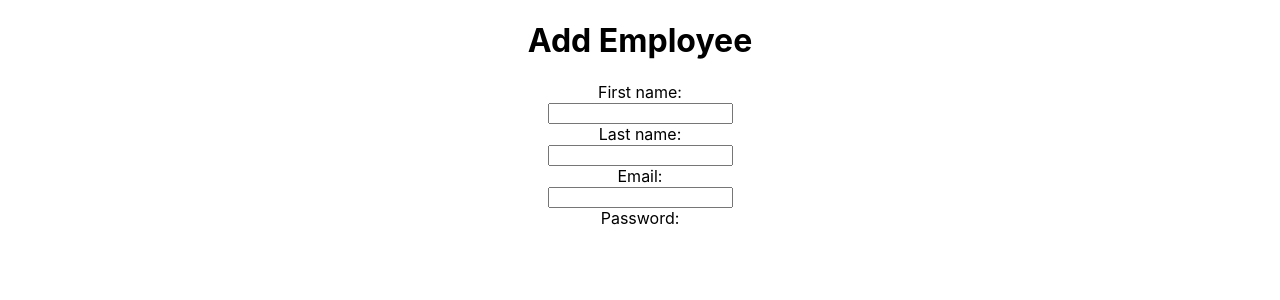
Repository: Biniyamkb/Evangadi-forum
Page: /addemployee (app in demoapp/frontend/)
These files come from the project's save history. The page is drawn as it stood at one moment and after the next save; the edit follows.
The browser window is 1280 px wide. The pictures show the whole page.
The project was rebuilt for these pictures with package versions that can differ from the ones it lists, and the page was loaded fresh each time. Also part of the build but not shown: demoapp/frontend/src/Pages/Home.js, demoapp/frontend/src/Pages/Login.js.

Above is the page before, as saved 2025-05-04 22:03:48.

### demoapp/frontend/src/index.js
import React from "react";
import ReactDOM from "react-dom/client";
import "./index.css";
import App from "./App";
import reportWebVitals from "./reportWebVitals";
//import the Router from react-router-dom
import { BrowserRouter } from "react-router-dom";
const root = ReactDOM.createRoot(document.getElementById("root"));
root.render(
  <React.StrictMode>
    <BrowserRouter>
      <App />
    </BrowserRouter>
  </React.StrictMode>
);

// If you want to start measuring performance in your app, pass a function
// to log results (for example: reportWebVitals(console.log))
// or send to an analytics endpoint. Learn more: https://bit.ly/CRA-vitals
reportWebVitals();

### demoapp/frontend/src/App.js
import "./App.css";
//import the Router from react-router-dom
import { Routes, Route } from "react-router";
import Home from "./Pages/Home";
import Login from "./Pages/Login";
import AddEmployee from "./Pages/AddEmployee";
function App() {
  return (
    <div className="App">
      <Routes>
        <Route path="/" element={<Home />} />
        <Route path="/addemployee" element={<AddEmployee />} />
        <Route path="/login" element={<Login />} />
      </Routes>
    </div>
  );
}

export default App;

### demoapp/frontend/src/Pages/AddEmployee.js
import React from 'react'

function AddEmployee() {
  return (
    <div>
    < h1>Add Employee</h1>
    <form>
        <label htmlFor="fname">First name:</label><br/>
        <input type="text" id="fname" name="fname"/><br/>
        <label htmlFor="lname">Last name:</label><br/>
        <input type="text" id="lname" name="lname"/><br/>
        <label htmlFor="email">Email:</label><br/>
        <input type="email" id="email" name="email"/><br/>
        <label htmlFor="password">Password:</label><br/>
    </form>
    </div>
  )
}

export default AddEmployee

Loaded but not shown: demoapp/frontend/public/index.html (common file); demoapp/frontend/src/index.css (common file); demoapp/frontend/src/reportWebVitals.js (common file); demoapp/frontend/src/App.css (common file)

After the next save:
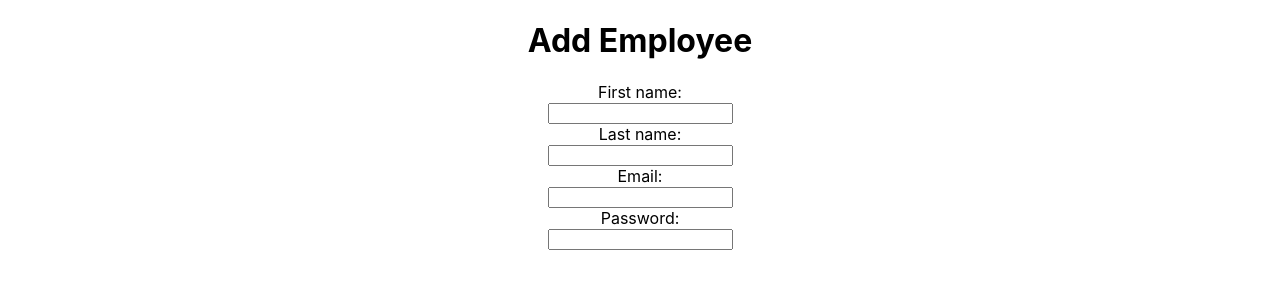
Saved 5 s later.
--- a/demoapp/frontend/src/Pages/AddEmployee.js
+++ b/demoapp/frontend/src/Pages/AddEmployee.js
@@ -12,6 +12,7 @@ function AddEmployee() {
         <label htmlFor="email">Email:</label><br/>
         <input type="email" id="email" name="email"/><br/>
         <label htmlFor="password">Password:</label><br/>
+        <input type="password" id="password" name="password"/><br/>
     </form>
     </div>
   )
